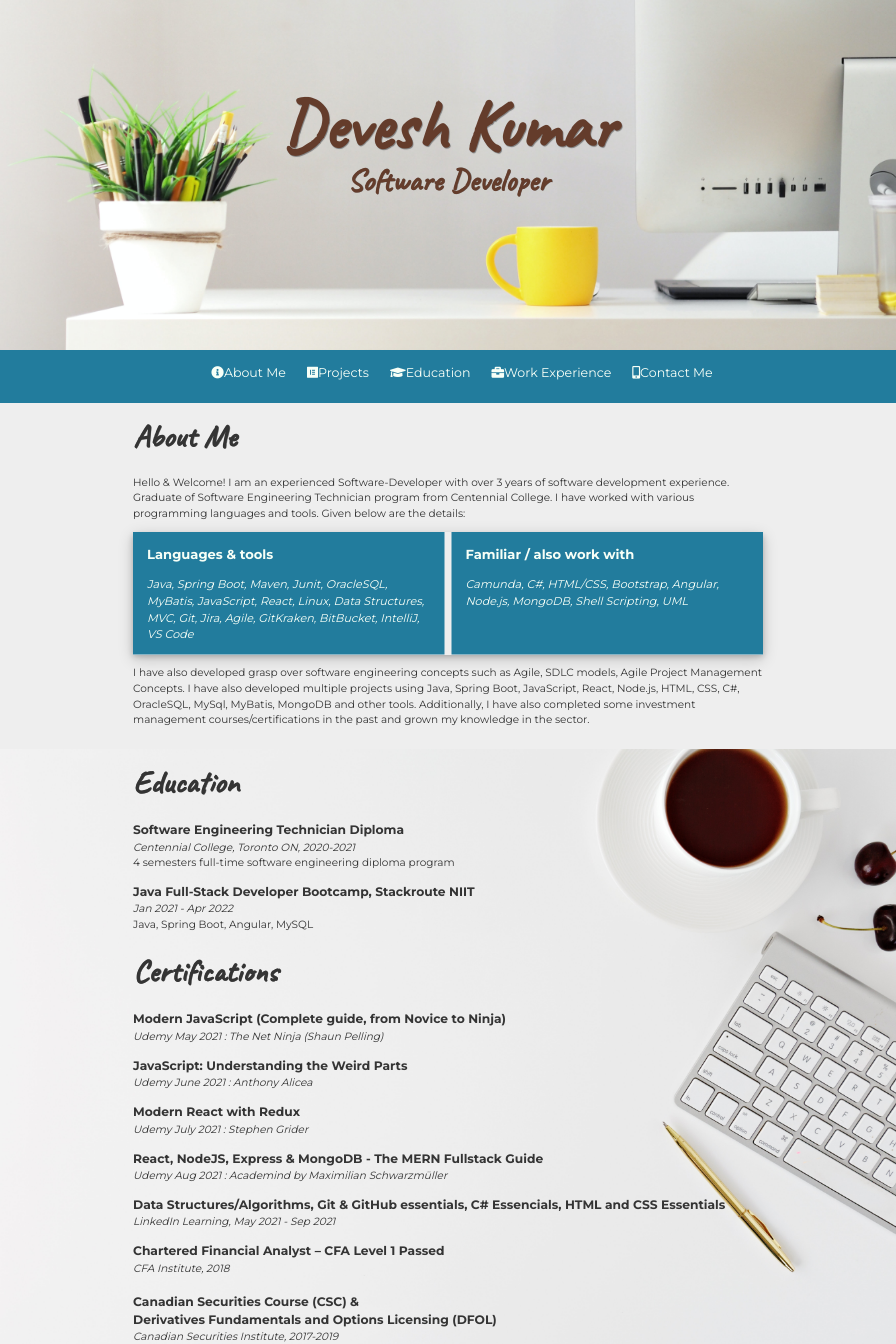
Repository: My-Web-Page/MyWebPage
Page: index.html
These files come from the project's save history. The page is drawn as it stood at one moment and after the next save; the edit follows.
The browser window is 1280 px wide. The pictures show the part of the page from y = 0 to 1920 px (the page is 4295 px tall before and 4926 px after), at 70% of full size.
Some web libraries are served in a nearby version.

Above is the page before, as saved 2023-04-11 14:00:55.

### index.html
<!DOCTYPE html>
<html lang="en">

<head>
    <meta charset="UTF-8">
    <meta name="viewport" content="width=device-width, initial-scale=1.0">
    <link href="./assets/images/favicon.ico" rel="icon" type="image/x-icon" />

    <title> Devesh Kumar : Full-Stack Developer</title>
    <link rel="preconnect" href="https://fonts.gstatic.com">
    <link href="https://fonts.googleapis.com/css2?family=Caveat&family=Montserrat:wght@400;700&display=swap" rel="stylesheet">
    <link rel="stylesheet" href="https://pro.fontawesome.com/releases/v5.10.0/css/all.css" integrity="sha384-AYmEC3Yw5cVb3ZcuHtOA93w35dYTsvhLPVnYs9eStHfGJvOvKxVfELGroGkvsg+p" crossorigin="anonymous" />

    <link rel="stylesheet" href="style.css">
</head>

<body>
    <main>
        <!-- ***********************  ABOUT / PROFILE  *********************** -->
        <header>
            <div class="container">
                <h1>Devesh Kumar</h1>
                <h2>Software Developer</h2>
            </div>
        </header>

        <nav id="navbar">
            <ul class="nav-ul">
                <li>
                    <a href="#about-me"><i class="fas fa-info-circle"></i>About Me</a> </li>
                <li>
                    <a href="#projects"><i class="fab fa-elementor"></i>Projects</a></li>
                <li>
                    <a href="#education"><i class="fas fa-graduation-cap"></i>Education</a></li>
                <li>
                    <a href="#work-experience"><i class="fas fa-briefcase"></i>Work Experience</a></li>
                <li>
                    <a href="#contact"><i class="fas fa-mobile-alt"></i>Contact Me</a></li>
            </ul>
        </nav>

        <!-- *********************About Me***********************  -->
        <section id="about-me">
            <div class="container">
                <h2>About Me</h2>
                <p>Hello & Welcome! I am an experienced Software-Developer with over 3 years of software development experience. Graduate of Software Engineering Technician program from Centennial College. I have worked with various programming languages
                    and tools. Given below are the details: </p>
                <div class="grid-container">
                    <div class="grid-item">
                        <h3>Languages & tools</h3>
                        <p> Java, Spring Boot, Maven, Junit, OracleSQL, MyBatis, JavaScript, React, Linux, Data Structures, MVC, Git, Jira, Agile, GitKraken, BitBucket, IntelliJ, VS Code</p>
                    </div>

                    <div class="grid-item">
                        <h3>Familiar / also work with</h3>
                        <p>Camunda, C#, HTML/CSS, Bootstrap, Angular, Node.js, MongoDB, Shell Scripting, UML</p>
                    </div>
                </div>
                <p>I have also developed grasp over software engineering concepts such as Agile, SDLC models, Agile Project Management Concepts. I have also developed multiple projects using Java, Spring Boot, JavaScript, React, Node.js, HTML, CSS, C#, OracleSQL,
                    MySql, MyBatis, MongoDB and other tools. Additionally, I have also completed some investment management courses/certifications in the past and grown my knowledge in the sector.</p>

            </div>
        </section>

        <!-- *********************Pop-Ups***********************  -->
        <section class="popup-wrapper" id="popup">
            <div class="container">
                <p><button class="popup-close">Close</button></p>
                <img id="popup-img" alt="finalproject popup">
            </div>
        </section>


        <!-- ******************  EDUCATION & CERTIFICATIONS ****************** -->
        <section id="education" class="education">
            <div class="container item-details">

                <h2>Education</h2>

                <section>
                    <h3>Software Engineering Technician Diploma</h3>
                    <p>Centennial College, Toronto ON, 2020-2021</p>
                    <p>4 semesters full-time software engineering diploma program </p>
                </section>

                <section>
                    <h3>Java Full-Stack Developer Bootcamp, Stackroute NIIT</h3>
                    <p>Jan 2021 - Apr 2022</p>
                    <p>Java, Spring Boot, Angular, MySQL</p>
                </section>

                <br>
                <h2>Certifications</h2>
                <section>
                    <h3>Modern JavaScript (Complete guide, from Novice to Ninja)</h3>
                    <p>Udemy May 2021 : The Net Ninja (Shaun Pelling)</p>
                </section>
                <section>
                    <h3>JavaScript: Understanding the Weird Parts</h3>
                    <p>Udemy June 2021 : Anthony Alicea</p>
                </section>
                <section>
                    <h3>Modern React with Redux</h3>
                    <p>Udemy July 2021 : Stephen Grider</p>
                </section>
                <section>
                    <h3>React, NodeJS, Express & MongoDB - The MERN Fullstack Guide</h3>
                    <p>Udemy Aug 2021 : Academind by Maximilian Schwarzmüller</p>
                </section>
                <section>
                    <h3>Data Structures/Algorithms, Git & GitHub essentials, C# Essencials, HTML and CSS Essentials</h3>
                    <p>LinkedIn Learning, May 2021 - Sep 2021 </p>
                </section>
                <section>
                    <h3>Chartered Financial Analyst – CFA Level 1 Passed</h3>
                    <p>CFA Institute, 2018</p>
                </section>
                <br>
                <section class="csc">
                    <h3>Canadian Securities Course (CSC) &</h3>
                    <h3>Derivatives Fundamentals and Options Licensing (DFOL)</h3>
                    <p>Canadian Securities Institute, 2017-2019 </p>
                </section>
            </div>
        </section>

        <!-- ***********************  WORK EXPERIENCE  *********************** -->
        <section id="work-experience" class="work-experience">
            <div class="container item-details divider">
                <h2>Work Experience</h2>

                <!-- Job 1 -->
                <section class="job-item">
                    <div class="job-details">
                        <h3>Full-Stack Developer</h3>
                        <p>CGI. Inc</p>
                        <p>Jan 2021 - Present</p>
                    </div>
                    <div class="job-summary">
                        <ul>
                            <li>Development and testing using Spring and Spring Boot frameworks along with MyBatis as Java persistence framework and Oracle as database.</li>
                            <li>Supporting other developers in the team and participating in Agile activities like Daily Stand up, Sprint Retrospective etc.</li>
                            <li>Ensuring code reviews and unit testing are completed efficiently and effectively.</li>
                            <li>Develop and maintain APIs (Web based and batch jobs), UI Screen, following industry best practices from development, testing and security standpoints.</li>
                            <li>Understand process and procedures as necessary to support all aspects of project maintenance and development.</li>
                            <li>Collaborate with other tech teams to help build the required services and products.</li>
                        </ul>
                    </div>
                </section>

                <!-- Job 2 -->
                <section class="job-item">
                    <div class="job-details">
                        <h3>Software Developer</h3>
                        <p>Freelance</p>
                        <p>Jan 2020 - Dec 2021</p>
                    </div>
                    <div class="job-summary">
                        <ul>
                            <li>Developing various projects using technologies such as Java, JavaScript, React, Node.js, C#, Spring Boot, JPA, Hibernate, Oracle, MongoDB etc. </li>
                            <li>Collaborate with other developers to help build required products.</li>
                            <li>Develop and maintain APIs (Web based), UI Screen, following industry best practices from development, testing and security standpoints.</li>
                            <li>Enhanced my learning by independently developing projects using Udemy, LinkedIn Learning & YouTube.</li>
                        </ul>

                    </div>
                </section>

                <!-- Job 3 -->
                <section class="job-item">
                    <div class="job-details">
                        <h3>Client Advisor</h3>
                        <p>RBC Royal Bank</p>
                        <p>Mar 2017 - Sep 2018</p>
                    </div>
                    <div class="job-summary">
                        <ul>
                            <li>Worked as a part of multiple RBC teams at various RBC Branches</li>
                            <li>Daily activities involve helping clients with their everyday banking, credit, and investment needs.</li>
                        </ul>

                    </div>
                </section>


            </div>
        </section>

        <!-- ********************  PROJECTS / PORTFOLIO  ********************* -->
        <section id="projects" class="projects">
            <div class="container divider">
                <h2>My Projects</h2>
                <!-- Project 1 -->
                <section class="project-item clearfix">
                    <img class="project-image" src="./assets/images/assignment_2.png" alt="Portfolio Assignment Using Node.js, Bootstrap, EJS and MongoDB">
                    <h3>Personal Portfolio Website</h3>
                    <p> <strong>Languages & Tools Used :</strong> EJS, CSS, Node.js and MongoDB.</p>
                    <p>Developed this website using above mentioned technologies. I used ExpressJs middleware, and passport.js for authentication.</p>
                    <a class="btn" href="https://comp229-asnmt2.herokuapp.com/home" target="_blank">Website Link</a>
                    <a class="btn" href="https://github.com/portretrieve/Assignment_2" target="_blank">GitHub Link</a>
                </section>

                <!-- Project 2 -->
                <section class="project-item clearfix">
                    <img class="project-image" src="./assets/images/final_project.png" alt="Final Project Using Node.js, Bootstrap, EJS and MongoDB">
                    <h3>Angel's Investment Website</h3>
                    <p> <strong>Languages & Tools Used :</strong> EJS, CSS, Node.js and MongoDB.</p>
                    <p>Created this website using Node.js(Express.js), and Passport.js to authenticate.</p>
                    <a class="btn" href="https://angelinvestfinal.herokuapp.com/" target="_blank">Website Link</a>
                    <a class="btn" href="https://github.com/Angel-Investor/AngelInvestor-Web-App" target="_blank">GitHub Link</a>
                </section>

                <!-- Project 3 -->
                <section class="project-item clearfix">
                    <img class="project-image" src="./assets/images/slot-machine.png" alt="Casino slot machine game using HTML, CSS, JavaScript, TypeScript and EaselJS">
                    <h3>Slot Machine Game</h3>
                    <p> <strong>Languages & Tools Used :</strong> HTML, CSS, JavaScript, TypeScript and EaselJS.</p>
                    <a class="btn" href="https://portretrieve.github.io/COMP125-Assignment-4-CreateJS-Slot-Machine/" target="_blank">Website Link</a>
                    <a class="btn" href="https://github.com/portretrieve/COMP125-Assignment-4-CreateJS-Slot-Machine" target="_blank">GitHub Link</a>
                </section>

                <!-- Project 4 -->
                <section class="project-item clearfix">
                    <img class="project-image" src="./assets/images/restaurant_app.png" alt="Restaurant app using C# WPF MVVM">
                    <h3>Restaurant POS system app</h3>
                    <p> <strong>Languages & Tools Used :</strong> C#, WPF and XAML.</p>
                    <p>Created the restaurant P.O.S app using C# and WPF.</p>
                    <a class="btn" href="https://github.com/portretrieve/Restaurant_app" target="_blank">GitHub Link</a>
                </section>
                <section>
                    <h3>Other Projects: </h3>
                    <p> <strong>Languages & Tools Used :</strong> Java, Spring Boot, MySQL, Angular, C#, SQL, PL/SQL, Java, Python, Jira, Trello, Lucid Charts, MS Visio etc. </p>
                    <p>In addition to the projects above, I have also developed other projects using the languages and tools above. All of these projects can be found on my <span><a href="https://github.com/portretrieve" target="_blank">GitHub Page</a>.</span></p>
                </section>
                <a class="top-btn" href="#top">Page Top</a>
            </div>
        </section>
        <!-- *****************  CONTACT INFO / SOCIAL MEDIA  ***************** -->
        <footer>
            <div id="contact" class="container">
                <h2>Let's Stay in Touch!</h2>
                <!-- Social media and contact links. Add or remove any networks. -->
                <ul class="contact-list">
                    <li><a href="mailto:deveshkumar2107@hotmail.com"><i class="fas fa-envelope"></i>&nbsp;deveshkumar2107@outlook.com</a></li>
                    <li><a href="https://github.com/portretrieve" target="_blank"><i class="fab fa-github"></i>&nbsp;GitHub</a></li>
                    <li><a href="https://www.linkedin.com/in/devesh-kumar-2aa03b64/" target="_blank"><i class="fab fa-linkedin"></i>&nbsp;LinkedIn</a></li>
                </ul>
            </div>
        </footer>
    </main>
    <script src="./script.js"></script>
</body>

</html>

### style.css
    /*
COLOR PALETTE
https://coolors.co/f7fff7-343434-2f3061-ffe66d-a1c6d7
#F7FFF7 - almost white
#343434 - dark gray - almost black
#2F3061 - blue dark
#FFE66D - yellow
#A1C6D7 - blue light
*/
    /* Global styles
------------------------------------*/

    html {
        box-sizing: border-box;
        scroll-behavior: smooth;
        --header-height: 75px;
        scroll-padding-top: var(--header-height);
    }

    *,
    *:before,
    *:after {
        box-sizing: inherit;
    }

    body {
        color: #343434;
        margin: 0;
        padding: 0;
        font-family: 'Montserrat', sans-serif;
        font-size: 15px;
        line-height: 1.5;
    }

    .clearfix::after {
        content: "";
        clear: both;
        display: table;
    }

    .project-image {
        width: 300px;
        text-shadow: gray 2px 2px 2px;
        box-shadow: 0 4px 8px 0 rgba(0, 0, 0, 0.2), 0 6px 20px 0 rgba(0, 0, 0, 0.19);
        cursor: pointer;
    }

    .project-image:hover {
        transform: scale(1.02);
    }

    a {
        color: #F7FFF7;
    }

    a:hover {
        text-decoration: none;
    }

    h1 {
        font-size: 100px;
        line-height: .9;
        margin-top: 120px;
        margin-bottom: 0;
        text-shadow: gray 1px 1px 1px;
    }

    h2 {
        font-size: 45px;
        text-shadow: gray .5px .5px .5px;
    }

    h1,
    h2 {
        font-family: 'Caveat', cursive;
        font-weight: 600px;
    }

    h2 {
        margin: 0;
        margin-bottom: 20px;
    }

    .container {
        max-width: 900px;
        width: 80%;
        margin: 0 auto;
        padding: 15px 0;
    }

    h3 {
        margin-bottom: 0;
    }

    h3+p {
        font-style: italic;
    }

    .item-details h3~p {
        margin: 0;
    }

    .divider>section {
        border-bottom: 1px dashed #343434;
        margin-bottom: 20px;
        padding-bottom: 20px;
    }

    .divider>section:last-of-type {
        border-bottom: none;
    }
    /*****Nav*****/

    nav {
        background-color: #227C9D;
        padding: 5px 0;
        position: relative;
        height: var(--header-height);
    }

    @supports (position: sticky) {
        nav {
            position: sticky;
            top: 0;
        }
    }

    .nav-ul li {
        list-style-type: none;
    }

    .nav-ul li:hover {
        transform: scale(1.02);
    }

    .nav-ul li a {
        text-decoration: none;
        font-size: 18px;
    }
    /*************Popup**********/

    .popup-wrapper {
        background: rgba(0, 0, 0, 0.5);
        position: fixed;
        top: 0;
        left: 0;
        width: 100%;
        height: 100%;
        display: flex;
        flex-direction: column;
        justify-content: center;
        text-align: center;
        display: none;
    }

    #popup-img {
        max-width: 100%;
        flex: 1 1 0;
    }

    .popup-close {
        cursor: pointer;
    }

    .popup-wrapper p {
        text-align: center;
        margin: 150px 0 0 0;
    }

    .popup-wrapper p button {
        text-align: center;
        background: crimson;
        font-size: 15px;
        border-radius: 4px;
        padding: 10px;
        color: white;
    }
    /*****About Me******/

    #about-me {
        background-color: #EEE;
    }

    .grid-container {
        color: #F7FFF7;
        box-shadow: 0 4px 8px 0 rgba(0, 0, 0, 0.2), 0 6px 20px 0 rgba(0, 0, 0, 0.19);
    }

    .grid-container .grid-item {
        background-color: #227C9D;
        padding: 0 20px;
        font-size: 16px;
    }

    .grid-container .grid-item:hover {
        transform: scale(1.01);
    }

    #my-page-repo {
        color: #343434;
    }
    /* Profile
------------------------------------*/

    header {
        color: #643C2B;
    }
    /* Projects
------------------------------------*/

    .projects {
        background: #edf1f1;
    }

    .projects a {
        color: #e6e6e9;
        font-weight: bold;
    }

    .projects .btn {
        color: #F7FFF7;
        background: #397d96;
        text-decoration: none;
        padding: 8px;
        border-radius: 4px;
        display: inline-block;
        box-shadow: 0 4px 8px 0 rgba(0, 0, 0, 0.2), 0 6px 20px 0 rgba(0, 0, 0, 0.19);
    }

    .projects .btn:hover {
        background-color: #1E6A85;
        transform: scale(1.01);
    }

    .project-item h3 {
        margin-top: 0;
    }

    .top-btn {
        background-color: #174F64;
        padding: 5px;
        text-decoration: none;
        border-radius: 3px;
        box-shadow: 0 4px 8px 0 rgba(0, 0, 0, 0.2), 0 6px 20px 0 rgba(0, 0, 0, 0.19);
    }

    .top-btn:hover {
        background-color: #1E6A85;
        transform: scale(1.01);
    }
    /* Work Experience
------------------------------------*/

    .work-experience {
        background: #EEE;
    }
    /* Education
------------------------------------*/

    .education {
        background-image: url(./assets/images/leone-venter-VieM9BdZKFo-unsplash.jpg);
        background-size: cover;
        background-position: bottom left;
        padding-bottom: 20px;
    }

    .education p {
        width: 60%;
    }

    .csc h3 {
        margin-top: 0;
        margin-bottom: 0;
    }
    /* Contact Info
------------------------------------*/

    footer {
        background: #227C9D;
        color: #F7FFF7;
    }

    .contact-list {
        list-style-type: none;
        padding: 0;
    }

    .contact-list a {
        margin-left: 15px;
    }
    /* Responsive
---------------------------------------*/

    @media (min-width:750px) {
        .project-item img {
            margin-right: 20px;
            float: left;
        }
        .job-item {
            display: grid;
            grid-template-columns: 1fr 2fr;
            column-gap: 20px;
            row-gap: 10px;
        }
        header {
            background-image: url(./assets/images/georgie-cobbs-bKjHgo_Lbpo-unsplash.jpg);
            background-repeat: no-repeat;
            background-size: cover;
            height: 500px;
            background-position: bottom;
        }
        header,
        footer {
            text-align: center;
        }
        .contact-list {
            display: flex;
            justify-content: center;
        }
        .nav-ul {
            display: flex;
            flex-wrap: wrap;
            justify-content: center;
        }
        .nav-ul li {
            margin: 0 15px;
        }
        .grid-container {
            display: grid;
            grid-template-columns: 1fr 1fr;
            grid-gap: 10px;
        }
    }

    @media (max-width:749px) {
        header {
            background-color: #FEF9EF;
            text-align: center;
            padding-bottom: 10px;
        }
        h1 {
            font-size: 75px;
            margin-top: 15px;
        }
        h1,
        h2 {
            line-height: .9;
            margin-bottom: 15px;
        }
        nav {
            height: 250px;
        }
        .contact-list li {
            padding-bottom: 10px;
        }
        .nav-ul {
            text-align: left;
        }
        .nav-ul li {
            margin-bottom: 20px;
        }
        .grid-container .grid-item {
            padding: 10px;
            margin-top: 10px;
        }
    }

### script.js
let images = document.querySelectorAll(".project-image");

let popup = document.querySelector("#popup");
let popupImage = document.querySelector("#popup-img");

images.forEach((image) => {
  image.addEventListener("click", (e) => {
    popupImage.src = e.target.src;
    popup.style.display = "block";
  });
});

popup.addEventListener("click", (event) => {
  if (event.target === popupImage) {
    return;
  }
  popup.style.display = "none";
});

After the next save:
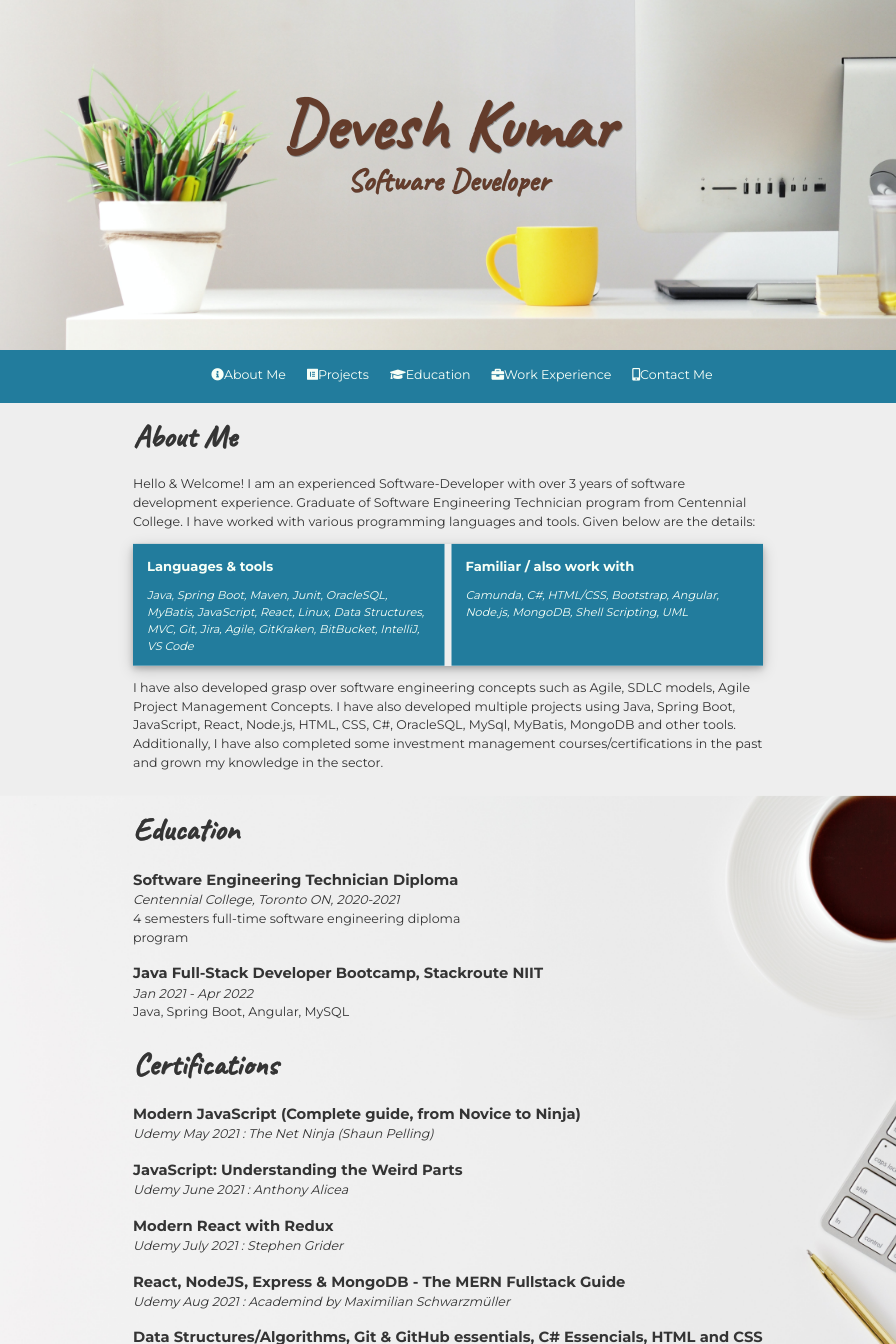
Saved 8 s later.
--- a/style.css
+++ b/style.css
@@ -28,7 +28,7 @@ https://coolors.co/f7fff7-343434-2f3061-ffe66d-a1c6d7
         margin: 0;
         padding: 0;
         font-family: 'Montserrat', sans-serif;
-        font-size: 15px;
+        font-size: 18px;
         line-height: 1.5;
     }
 
